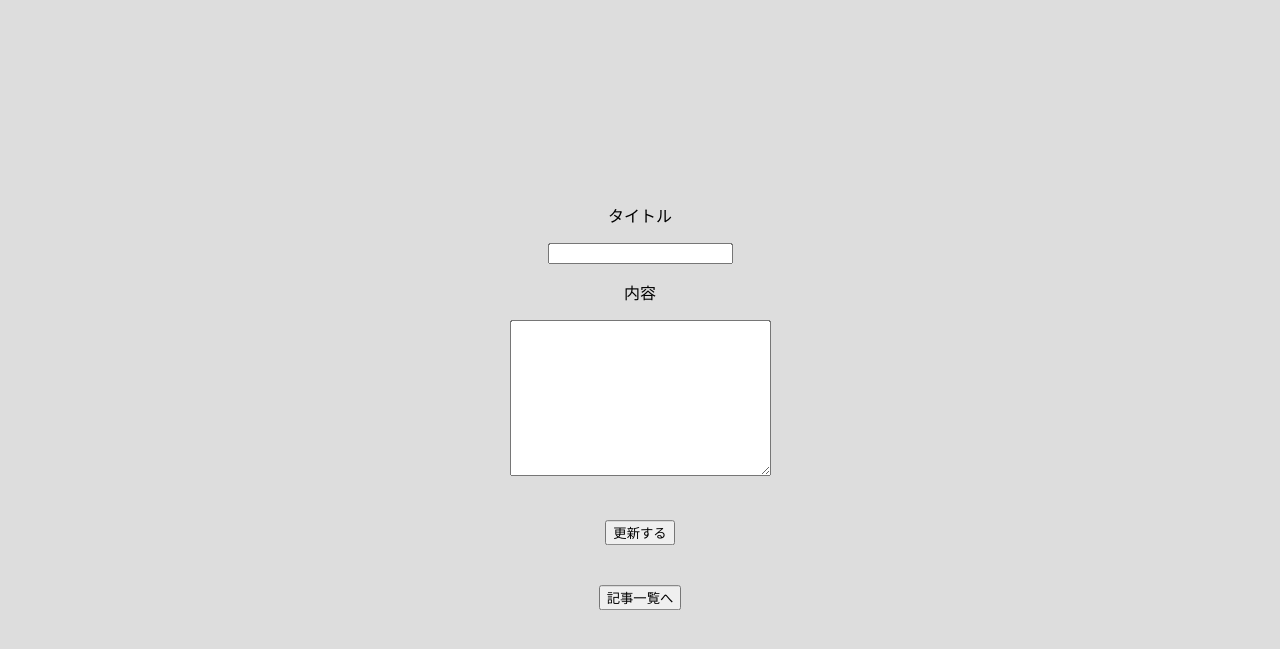
Repository: ryosuke-yamoto/BBS
Page: http://localhost/BBS_yamoto/View/Post/update_post.php
The author's editor kept a copy of each file at every save. The page is drawn from the files as they stood at one save, then again after the next save.
The browser window is 1280 px wide. The pictures show the whole page.
The page is run by PHP 8.4 with error messages shown; the project is at /var/www/html/.

Above is the page before, as saved 2020-05-20 18:16:39.

After the next save:
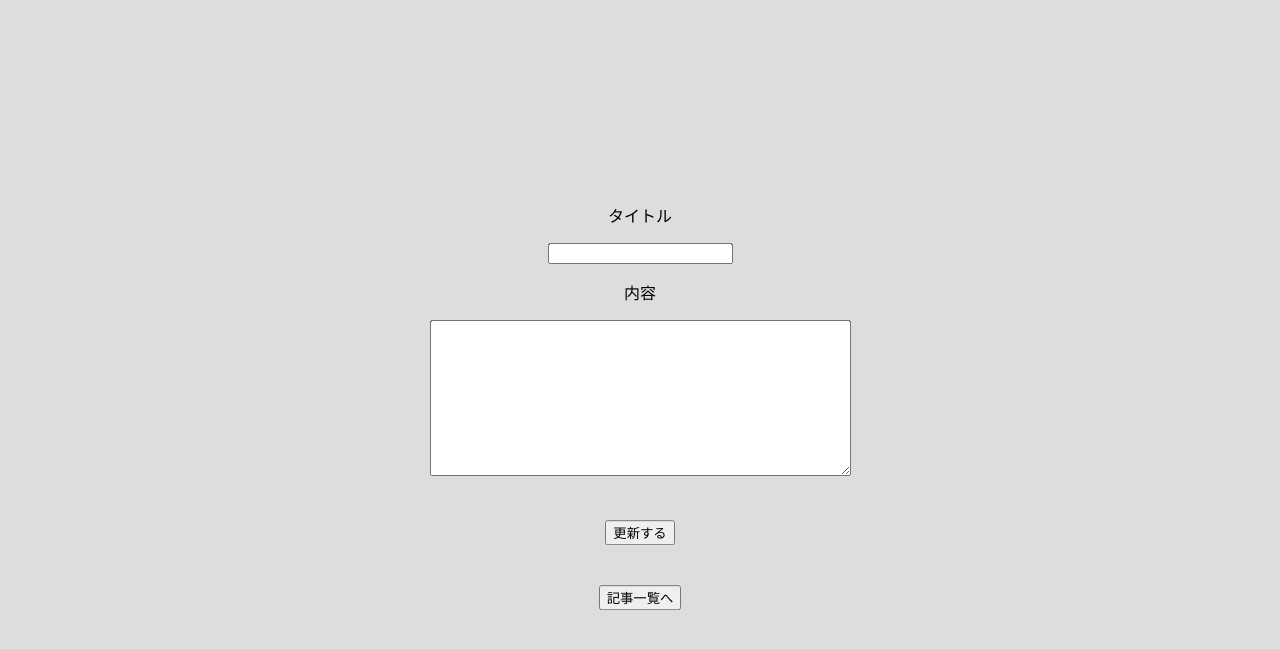
Saved 83 s later.
--- a/View/Post/update_post.php
+++ b/View/Post/update_post.php
@@ -20,7 +20,7 @@
       <p>タイトル</p>
       <input type="text" name="update-title">
       <p>内容</p>
-      <textarea name="update-content" id="" cols="30" rows="10"></textarea>
+      <textarea name="update-content" id="" cols="50" rows="10"></textarea>
       <button type="submit">更新する</button>
       <button>記事一覧へ</button>
     </form>
